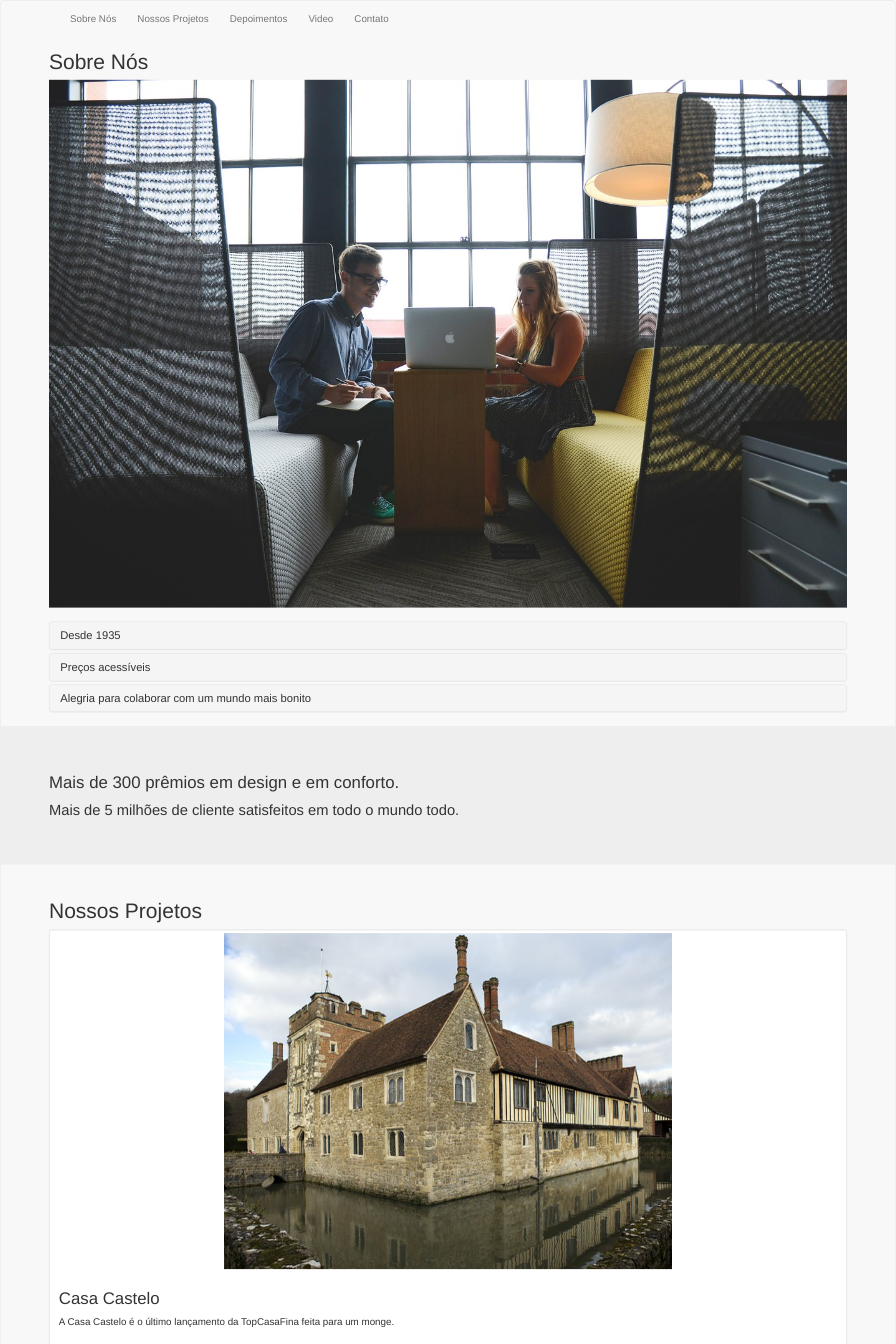
Repository: daviemer/bootstrap-alura
Page: index2.html
An editor plug-in stored every save of this project. The page is shown before and after the next save, followed by the edit.
The browser window is 1280 px wide. The pictures show the part of the page from y = 0 to 1920 px (the page is 6451 px tall before and 6471 px after), at 70% of full size.

Above is the page before, as saved 2022-07-13 19:21:13.

### index2.html
<!DOCTYPE html>
<html lang="pt-br">

<head>
  <meta charset="UTF-8" />
  <meta http-equiv="X-UA-Compatible" content="IE=edge" />
  <meta name="viewport" content="width=device-width, initial-scale=1.0" />
  <title>Document</title>
  <link rel="stylesheet" href="bootstrap/css/bootstrap.min.css" type="text/css" />
  <link rel="stylesheet" href="style.css" />
</head>

<body>
  <nav class="navbar navbar-default">
    <div class="container">
      <button type="button" class="navbar-toggle collapsed" data-toggle="collapse"
        data-target="#collapse-navbar" aria-expanded="false">
        <span class="sr-only">Toggle navigation</span>
        <span class="icon-bar"></span>
        <span class="icon-bar"></span>
        <span class="icon-bar"></span>
        <span class="icon-bar"></span>
      </button>
      <div id="collapse-navbar" class="collapse navbar-collapse">
        <ul class="nav navbar-nav">
          <li><a href="#sobre-nos">Sobre Nós</a></li>
          <li><a href="#nossos-projetos">Nossos Projetos</a></li>
          <li><a href="#depoimentos">Depoimentos</a></li>
          <li><a href="#video">Video</a></li>
          <li><a href="#contato">Contato</a></li>
        </ul>
      </div>
    </div>
    </navc>


    <section id="sobre-nos" class="container">
      <h2>Sobre Nós</h2>
      <img class="img-responsive" src="assets/img/empresa.jpg" alt="" />

      <div class="panel-group" id="paineis-sobre">
        <div class="panel panel-default">
          <div class="panel-heading">
            <h3 class="panel-title" data-toggle="collapse" data-target="#primeiro-paragrafo"
              data-parent="#paineis-sobre">
              Desde 1935
            </h3>
          </div>
          <div id="primeiro-paragrafo" class="collapse">
            <div class="panel-body">
              <p>
                Desde 1935 trazendo casas, mansões e prédios lindos para o
                mundo.
              </p>
            </div>
          </div>
        </div>
        <div class="panel panel-default">
          <div class="panel-heading">
            <h3 class="panel-title" data-toggle="collapse" data-target="#segundo-paragrafo"
              data-parent="#paineis-sobre">
              Preços acessíveis
            </h3>
          </div>
          <div id="segundo-paragrafo" class="collapse">
            <div class="panel-body">
              <p>Preços a partir de R$ 1000,00.</p>
            </div>
          </div>
        </div>
        <div class="panel panel-default">
          <div class="panel-heading">
            <h3 class="panel-title" data-toggle="collapse" data-target="#terceiro-paragrafo"
              data-parent="#paineis-sobre">
              Alegria para colaborar com um mundo mais bonito
            </h3>
          </div>
          <div id="terceiro-paragrafo" class="collapse">
            <div class="panel-body">
              <p>
                Trazendo alegria para a vida das pessoas que tem dinheiro para
                gastar.
              </p>
            </div>
          </div>
        </div>
      </div>
    </section>

    <div class="jumbotron">
      <div class="container">
        <h3>Mais de 300 prêmios em design e em conforto.</h3>
        <p>Mais de 5 milhões de cliente satisfeitos em todo o mundo todo.</p>
      </div>
    </div>

    <section id="nossos-projetos" class="container">
      <h2>Nossos Projetos</h2>

      <figure class="thumbnail">
        <img src="assets/img/projetos/casa-castelo.png" alt="Foto da Casa Castelo" />
        <figcaption class="caption">
          <h3>Casa Castelo</h3>
          <p>
            A Casa Castelo é o último lançamento da TopCasaFina feita para um
            monge.
          </p>
        </figcaption>
      </figure>
      <figure class="thumbnail">
        <img src="assets/img/projetos/casa-lago.png" alt="Foto da Casa Castelo" />
        <figcaption class="caption">
          <h3>Casa Castelo</h3>
          <p>
            A Casa Castelo é o último lançamento da TopCasaFina feita para um
            monge.
          </p>
        </figcaption>
      </figure>
      <figure class="thumbnail">
        <img src="assets/img/projetos/mercado-marapira.png" alt="Foto da Casa Castelo" />
        <figcaption class="caption">
          <h3>Casa Castelo</h3>
          <p>
            A Casa Castelo é o último lançamento da TopCasaFina feita para um
            monge.
          </p>
        </figcaption>
      </figure>
      <figure class="thumbnail">
        <img src="assets/img/projetos/palacio-dionisio.png" alt="Foto da Casa Castelo" />
        <figcaption class="caption">
          <h3>Casa Castelo</h3>
          <p>
            A Casa Castelo é o último lançamento da TopCasaFina feita para um
            monge.
          </p>
        </figcaption>
      </figure>
      <figure class="thumbnail">
        <img src="assets/img/projetos/residencia-ludi.png" alt="Foto da Casa Castelo" />
        <figcaption class="caption">
          <h3>Casa Castelo</h3>
          <p>
            A Casa Castelo é o último lançamento da TopCasaFina feita para um
            monge.
          </p>
        </figcaption>
      </figure>
    </section>

    <section id="depoimentos">
      <h2 class="container titulo-depoimentos">Depoimentos de Clientes</h2>

      <div id="carousel-example-generic" class="carousel slide" data-ride="carousel">
        <!-- Indicators -->
        <ol class="carousel-indicators">
          <li data-target="#carousel-example-generic" data-slide-to="0" class="active"></li>
          <li data-target="#carousel-example-generic" data-slide-to="1"></li>
          <li data-target="#carousel-example-generic" data-slide-to="2"></li>
        </ol>

        <!-- Wrapper for slides -->
        <div class="carousel-inner" role="listbox">
          <div class="item active">
            <img src="assets/img/depoimentos/depoimento1.png" alt="Depoimento 1" />
            <div class="carousel-caption">
              <h3>Yuri Padilha</h3>
              <p>Gostei muito.</p>
            </div>
          </div>
          <div class="item">
            <img src="assets/img/depoimentos/depoimento2.png" alt="Depoimento 2" />
            <div class="carousel-caption">
              <h3>Fernando Stefaneni</h3>
              <p>Excelente trabalho</p>
            </div>
          </div>
          <div class="item">
            <img src="assets/img/depoimentos/depoimento3.png" alt="Depoimento 3" />
            <div class="carousel-caption">
              <h3>Caio Sauzas</h3>
              <p>Gostei, competência em primeiro lugar.</p>
            </div>
          </div>
        </div>

        <!-- Controls -->
        <a class="left carousel-control" href="#carousel-example-generic" role="button" data-slide="prev">
          <span class="glyphicon glyphicon-chevron-left" aria-hidden="true"></span>
          <span class="sr-only">Previous</span>
        </a>
        <a class="right carousel-control" href="#carousel-example-generic" role="button" data-slide="next">
          <span class="glyphicon glyphicon-chevron-right" aria-hidden="true"></span>
          <span class="sr-only">Next</span>
        </a>
      </div>
    </section>

    <section id="video" class="container">
      <h2>Vídeo Institucional</h2>
      <div class="embed-responsive embed-responsive-16by9">
        <iframe width="560" height="315" src="https://www.youtube.com/embed/i_3Pv1AygeI" frameborder="0"
          allowfullscreen></iframe>
      </div>
    </section>
    <section id="contato" class="container">
      <form>
        <h2>Contato</h2>
        <p>Entre em contato conosco</p>
        <div class="form-group">
          <label for="contato-name">Nome:</label>
          <input class="form-control" id="contato-name" type="text" placeholder="Seu Nome">
        </div>
        <div class="form-group">
          <label for="contato-email">Email:</label>
          <div class="input-group">
            <div class="input-group-addon">@</div>
            <input class="form-control" id="contato-email" type="email" placeholder="Seu e-mail">
          </div>
        </div>
        <div class="grupo-radio">
          <div class="radio">
            <label><input type="radio" name="tipo-pessoa" checked>Pessoa Física</label>
          </div>
          <div class="radio">
            <label><input type="radio" name="tipo-pessoa">Pessoa Juridica</label>
          </div>
        </div><select name="" id="" class="contato-select form-control">
          <option disabled selected>Tipo de Situação</option>
          <option value="">Casa</option>
          <option value="">Apartamento</option>
          <option value="">Mansão</option>


        </select>
        <button class="btn btn-primary" type="submit">Enviar</button>
      </form>
    </section>


    <footer>
      <address>
        <strong>TopCasaFina Arquitetura</strong><br>
        Rua Vergueiro, 3185, Vila Mariana<br>
        São Paulo, SP<br>
        Tel: (11) 5571-2751 ou 5083-3884<br>
      </address>
      <address>
        Email: contato.topcasafina@alura.com.br
      </address>
    </footer>






    <script src="jquery.js"></script>
    <script src="bootstrap/js/bootstrap.min.js"></script>
</body>

</html>

### style.css
#paineis-sobre{
  margin-top: 20px;
}

.titulo-depoimentos {
  background-color: #0275d8;
  padding-top: 25px;
  padding-bottom: 25px;
  color: #fff;
  font-weight: bold;
  font-size: 25px;
}

.grupo-radio,.contato-select {
  width: 50%;
  display: inline-block;
  vertical-align: top;
}

.contato-select {
  float: right;
}

.grupo-radio .radio:first-child {
  margin-top: 0;
}

footer {
  background-color: #333;
  color: #fff;
  padding: 20px;
  margin-top: 10px;
}

footer address:last-child {
  margin-bottom: 0;
}

Loaded but not shown: bootstrap/css/bootstrap.min.css (library); jquery.js (library); bootstrap/js/bootstrap.min.js (library)

After the next save:
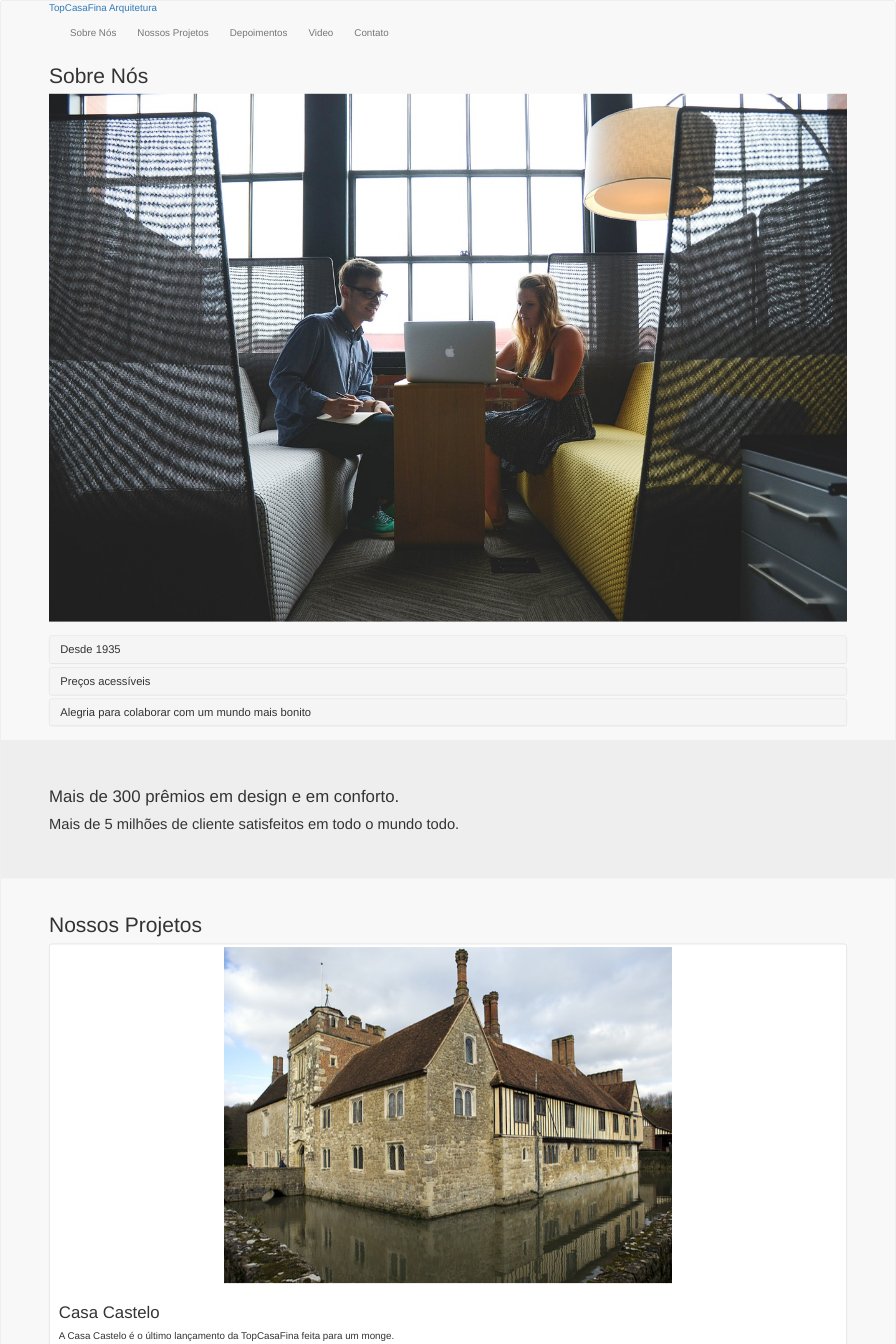
Saved 75 s later.
--- a/index2.html
+++ b/index2.html
@@ -21,6 +21,7 @@
         <span class="icon-bar"></span>
         <span class="icon-bar"></span>
       </button>
+      <a href="">TopCasaFina Arquitetura</a>
       <div id="collapse-navbar" class="collapse navbar-collapse">
         <ul class="nav navbar-nav">
           <li><a href="#sobre-nos">Sobre Nós</a></li>

After the save that followed:
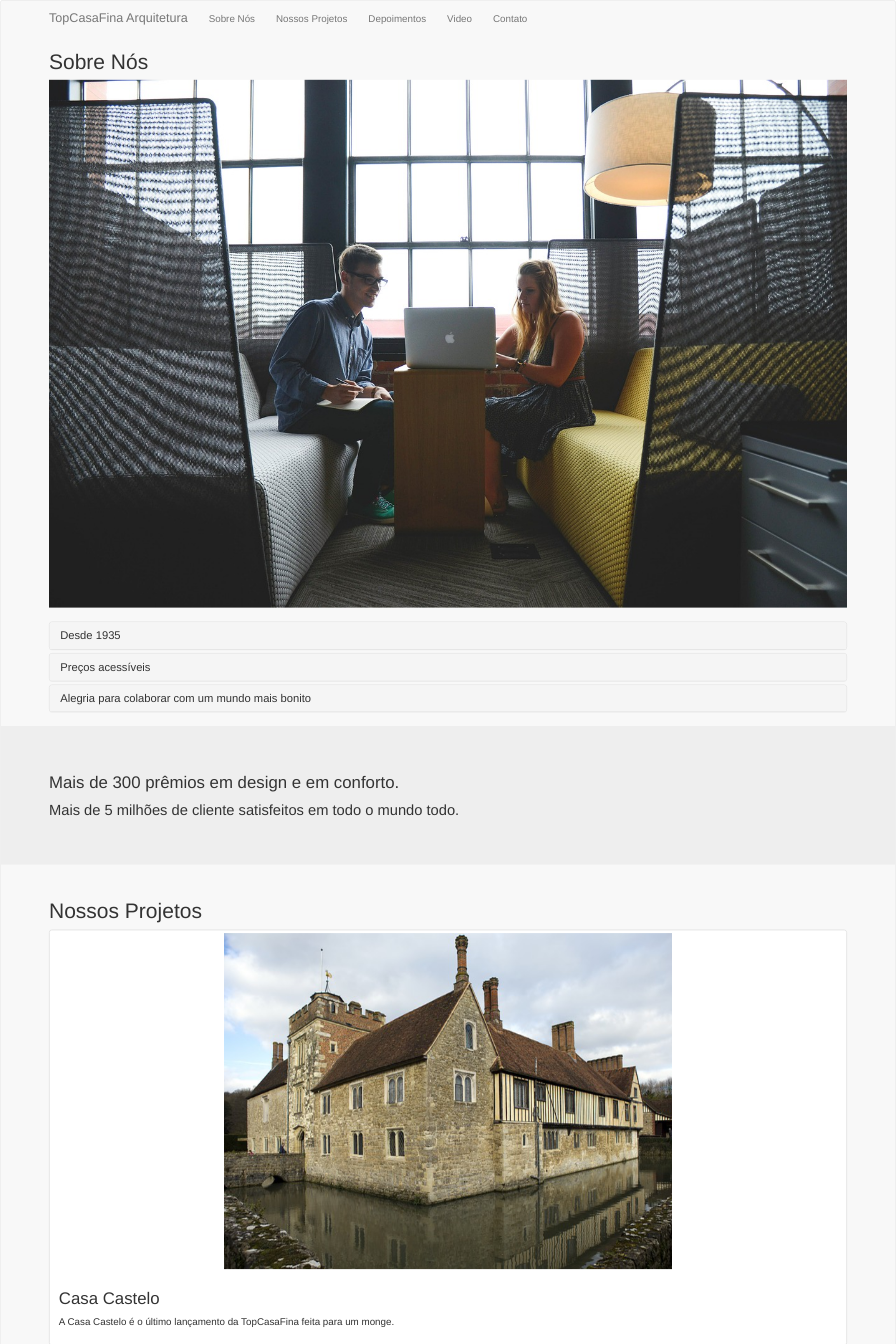
Saved 13 s later.
--- a/index2.html
+++ b/index2.html
@@ -21,7 +21,7 @@
         <span class="icon-bar"></span>
         <span class="icon-bar"></span>
       </button>
-      <a href="">TopCasaFina Arquitetura</a>
+      <a class="navbar-brand">TopCasaFina Arquitetura</a>
       <div id="collapse-navbar" class="collapse navbar-collapse">
         <ul class="nav navbar-nav">
           <li><a href="#sobre-nos">Sobre Nós</a></li>
